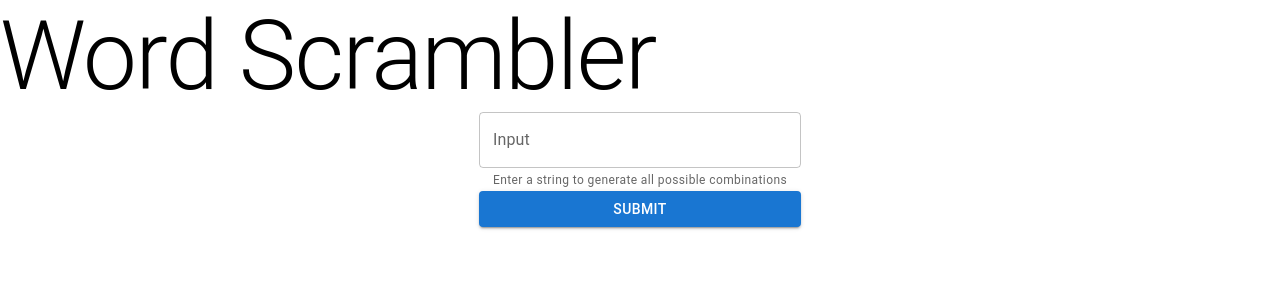
Repository: zfranke/WordScramble-Web
Page: / (app in wordscrambler-web/)
An editor plug-in stored every save of this project. The page is shown before and after the next save, followed by the edit.
The browser window is 1280 px wide. The pictures show the whole page.
The project was rebuilt for these pictures with package versions that can differ from the ones it lists, and the page was loaded fresh each time.

Above is the page before, as saved 2022-12-27 12:02:20.

### wordscrambler-web/src/App.js
import React, { useState } from 'react';
import nlp from 'compromise';
import { Button, FormControl, FormHelperText, Input, List, ListItem, TextField, Grid, Typography } from '@mui/material';

function App() {
  const [input, setInput] = useState('');
  const [combinations, setCombinations] = useState([]);

  function handleChange(event) {
    setInput(event.target.value);
  }

  function handleSubmit(event) {
    event.preventDefault();
    const combinations = getCombinations(input);
    const sortedCombinations = combinations.sort((a, b) => {
      const aScore = nlp(a).sentences().toNegative().sentences().out('text');
      const bScore = nlp(b).sentences().toNegative().sentences().out('text');
      return aScore.length - bScore.length;
    });
    setCombinations(sortedCombinations);
  }

  function getCombinations(str) {
    const results = [];
    if (str.length === 1) {
      results.push(str);
      return results;
    }
    for (let i = 0; i < str.length; i++) {
      const firstChar = str[i];
      const charsLeft = str.substring(0, i) + str.substring(i + 1);
      const innerPermutations = getCombinations(charsLeft);
      for (let j = 0; j < innerPermutations.length; j++) {
        results.push(firstChar + innerPermutations[j]);
      }
    }
    return results;
  }

  return (
    //Create a centered input form with a output grid
    <>
    <Typography variant="h1">Word Scrambler</Typography>

    <Grid container justifyContent="center" alignItems="center" direction="column">
      <form onSubmit={handleSubmit}>
        <FormControl>
          <TextField
            id="input"
            label="Input"
            value={input}
            onChange={handleChange}
            helperText="Enter a string to generate all possible combinations"
          />
          <Button type="submit" variant="contained">Submit</Button>
        </FormControl>
      </form>
      <Grid container justifyContent="center" alignItems="center" direction="column">
        <List>
          {combinations.map((combination, index) => (
            <ListItem key={index}>{combination}</ListItem>
          ))}
        </List>
      </Grid>
    </Grid>
    </>


  );
}

export default App;

Loaded but not shown: wordscrambler-web/public/index.html (common file); wordscrambler-web/src/index.js (common file); wordscrambler-web/src/index.css (common file)

After the next save:
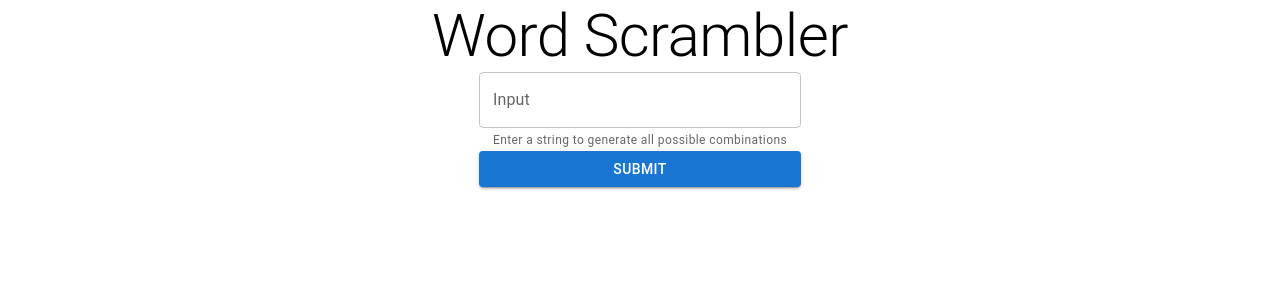
Saved 15 s later.
--- a/wordscrambler-web/src/App.js
+++ b/wordscrambler-web/src/App.js
@@ -41,9 +41,10 @@ function App() {
   return (
     //Create a centered input form with a output grid
     <>
-    <Typography variant="h1">Word Scrambler</Typography>
+
 
     <Grid container justifyContent="center" alignItems="center" direction="column">
+      <Typography variant="h2">Word Scrambler</Typography>
       <form onSubmit={handleSubmit}>
         <FormControl>
           <TextField
